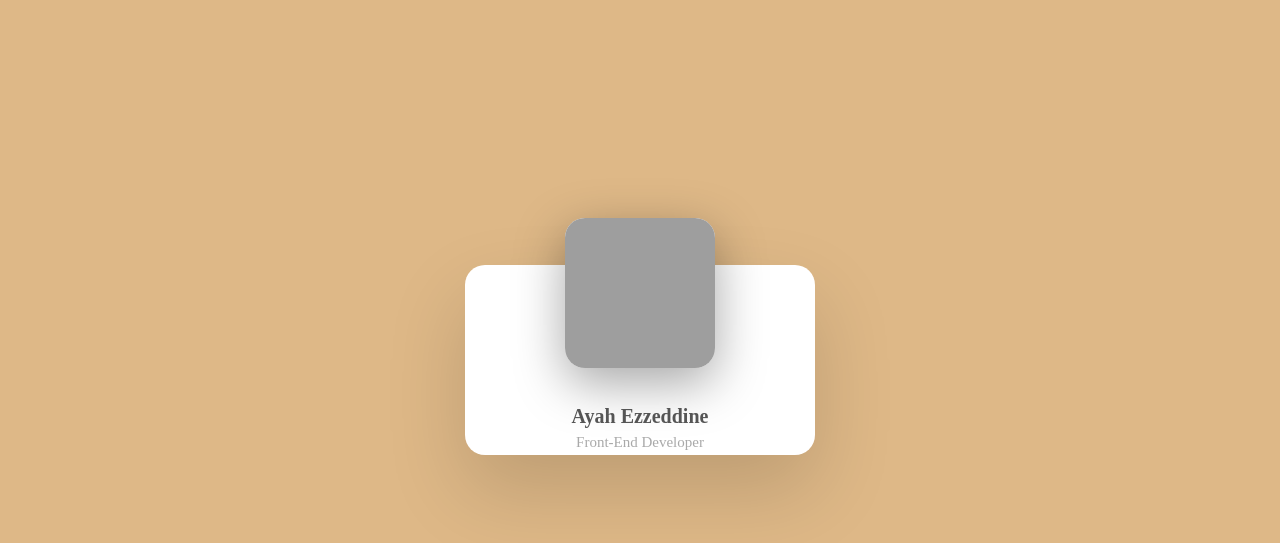
Repository: ayah1996/Github-Profiles
Page: index.html
The author's editor kept a copy of each file at every save. The page is drawn from the files as they stood at one save, then again after the next save.
The browser window is 1280 px wide. The pictures show the whole page.
Pictures or frames that could not be fetched are drawn as grey boxes. The page's requests for data from a server got no answer.

Above is the page before, as saved 2023-01-26 14:26:47.

### index.html
<!DOCTYPE html>
<html lang="en">
  <head>
    <meta charset="UTF-8" />
    <meta http-equiv="X-UA-Compatible" content="IE=edge" />
    <meta name="viewport" content="width=device-width, initial-scale=1.0" />
    <link rel="stylesheet" href="style.css" />
    <script src="script.js" defer></script>
    <title>Github Profile</title>
  </head>
  <body>
    <!-- <form id="form">
      <input type="text" id="search" placeholder="Search A Github User ..." />
    </form> -->
    <main id="main">
      <div class="card">
        <div class="imgBox">
          <img src="unnamed.jpg" alt="profile Image" />
        </div>
        <div class="content">
          <div class="details">
            <h2>Ayah Ezzeddine <br /><span> Front-End Developer </span></h2>
            <div class="data">
              <h3>342<br /><span>Followers</span></h3>
              <h3>342<br /><span>Following</span></h3>
              <h3>100<br /><span>Repos</span></h3>
            </div>
          </div>
        </div>
      </div>
    </main>
  </body>
</html>

### style.css
* {
  box-sizing: border-box;
}

body {
  margin: 0;
}

#main {
  display: flex;
  justify-content: center;
  align-items: center;
  min-height: 100vh;
  background-color: burlywood;
}

.card {
  position: relative;
  width: 350px;
  height: 190px;
  background-color: #fff;
  border-radius: 20px;
  box-shadow: 0 35px 80px rgba(0, 0, 0, 0.15);
  transition: 0.5s;
}

.card:hover {
  height: 450px;
}

.imgBox {
  position: absolute;
  left: 50%;
  top: -25%;
  transform: translateX(-50%);
  width: 150px;
  height: 150px;
  background-color: #fff;
  border-radius: 20px;
  box-shadow: 0 15px 50px rgba(0, 0, 0, 0.35);
  overflow: hidden;
  transition: 0.5s;
}
.card:hover .imgBox {
  width: 250px;
  height: 250px;
}
.imgBox img {
  position: absolute;
  top: 0;
  left: 0;
  width: 100%;
  height: 100%;
  -o-object-fit: cover;
  object-fit: cover;
}

.card .content {
  position: absolute;
  width: 100%;
  height: 100%;
  display: flex;
  justify-content: center;
  align-items: flex-end;
  overflow: hidden;
}

.card .details {
  width: 100%;
  padding: 40px;
  text-align: center;
  transition: 0.5s;
  transform: translateY(150px);
}

.card:hover .details {
  transform: translateY(0px);
}
.card .details h2 {
  font-size: 1.25em;
  font-weight: 600;
  color: #555;
  line-height: 1.2em;
}

.card .details h2 span {
  font-size: 0.75em;
  font-weight: 500;
  opacity: 0.5;
}

.card .details .data {
  display: flex;
  justify-content: space-between;
  margin: 20px 0;
}

.card .details .data h3 {
  font-size: 1em;
  color: #555;
  line-height: 1.2em;
  font-weight: 600;
}
.card .details .data h3 span {
  font-size: 0.85em;
  font-weight: 400;
  opacity: 0.5;
}

### script.js
const APIURL = "https://api.github.com/users/";

const main = document.getElementById("main");
const form = document.getElementById("form");
const search = document.getElementById("search");

getUser("ayah1996");

async function getUser(username) {
  const response = await fetch(APIURL + username);
  const data = await response.json();

  createUserCard(data);
  getRepos(username);
}

async function getRepos(username) {
  const response = await fetch(APIURL + username + "/repos");
  const data = await response.json();

  addReposToCard(data);
}

function createUserCard(user) {
  const cardHTML = ``;
}

After the next save:
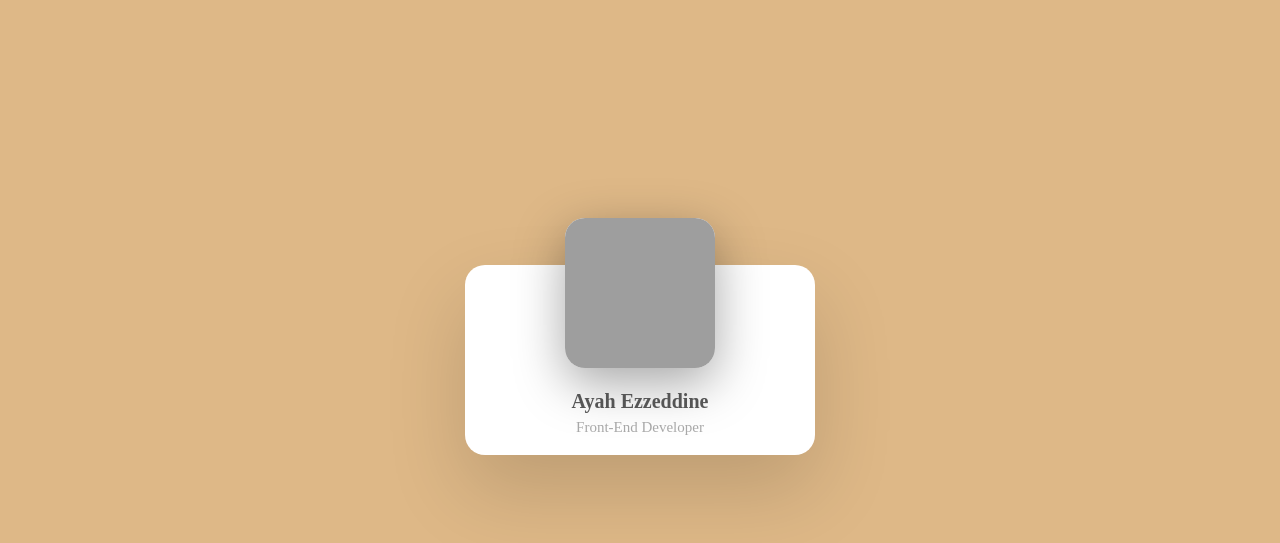
Saved 73 s later.
--- a/style.css
+++ b/style.css
@@ -70,7 +70,7 @@ body {
   padding: 40px;
   text-align: center;
   transition: 0.5s;
-  transform: translateY(150px);
+  transform: translateY(135px);
 }
 
 .card:hover .details {
